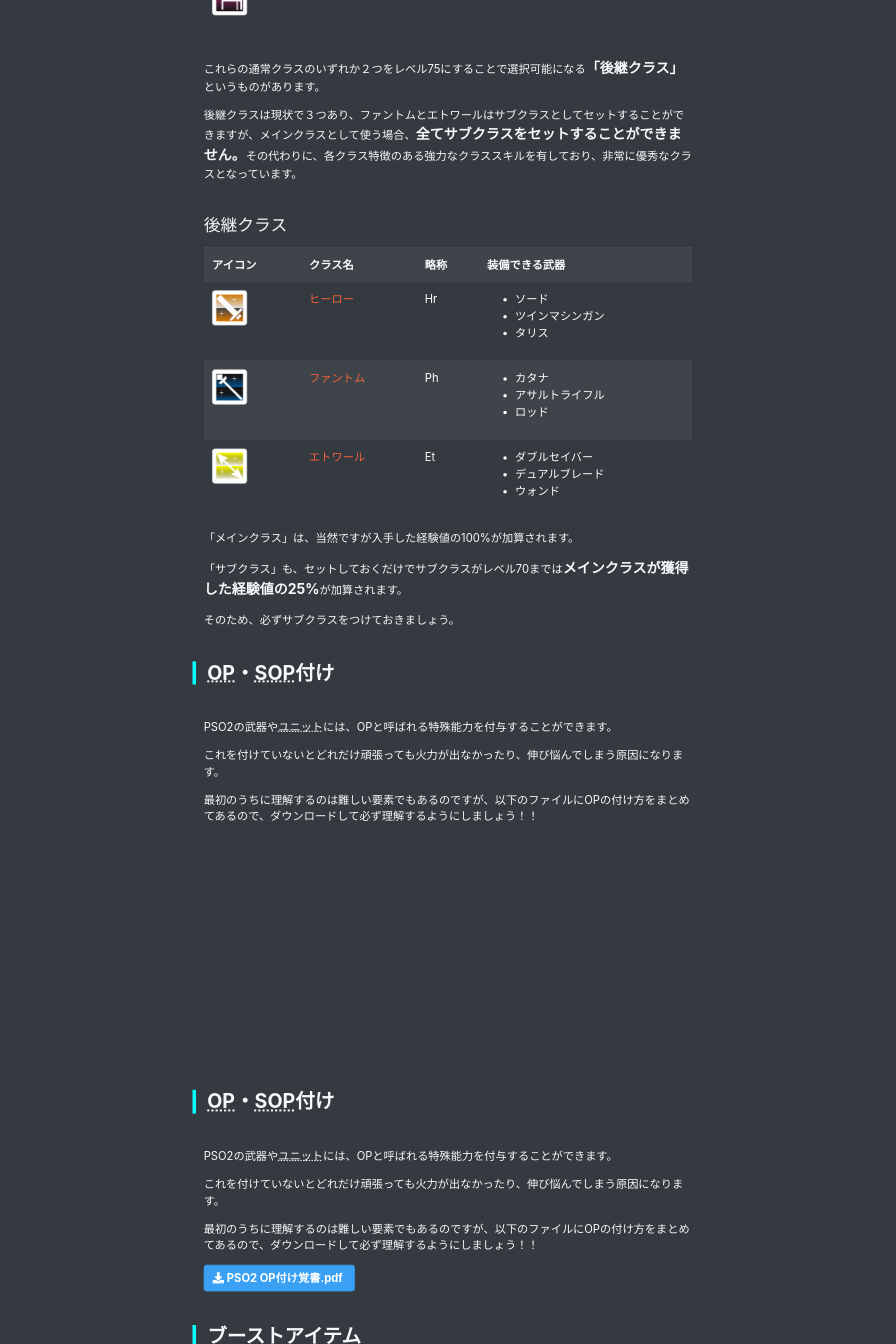
Repository: milkyahonpo/Website_source
Page: docs/capture.html
An editor plug-in stored every save of this project. The page is shown before and after the next save, followed by the edit.
The browser window is 1280 px wide. The pictures show the part of the page from y = 2137 to 4057 px (the page is 10328 px tall), at 70% of full size.
Pictures or frames that could not be fetched are drawn as grey boxes. Some web libraries are served in a nearby version.

Above is the page before, as saved 2020-02-03 09:45:02.

After the next save:
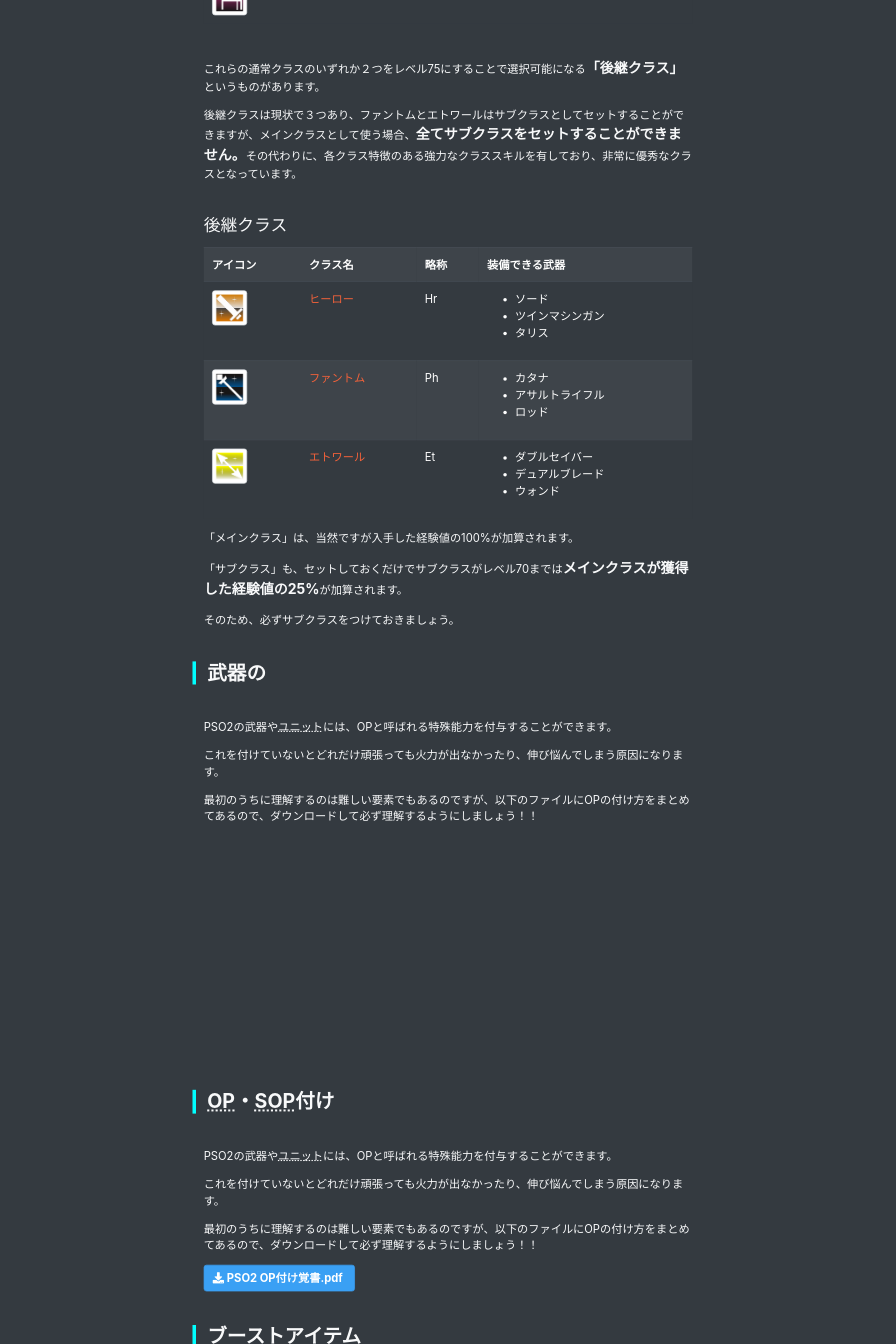
Saved 8 min 7 s later.
--- a/docs/capture.html
+++ b/docs/capture.html
@@ -108,7 +108,7 @@
             <p>「サブクラス」も、セットしておくだけでサブクラスがレベル70までは<strong class="lead font-weight-bold">メインクラスが獲得した経験値の25%</strong>が加算されます。</p>
             <p>そのため、必ずサブクラスをつけておきましょう。</p>
           </div>
-          <h3 class="my-5 pl-3"><strong class="font-weight-bold"><abbr title="特殊能力(DL先のファイルに詳細)">OP</abbr>・<abbr title="S級特殊能力(DL先のファイルに詳細)">SOP</abbr>付け</strong></h3>
+          <h3 class="my-5 pl-3"><strong class="font-weight-bold">武器の</strong></h3>
           <div class="px-3">
             <p>PSO2の武器や<abbr title="防具のこと">ユニット</abbr>には、OPと呼ばれる特殊能力を付与することができます。</p>
             <p>これを付けていないとどれだけ頑張っても火力が出なかったり、伸び悩んでしまう原因になります。</p>
